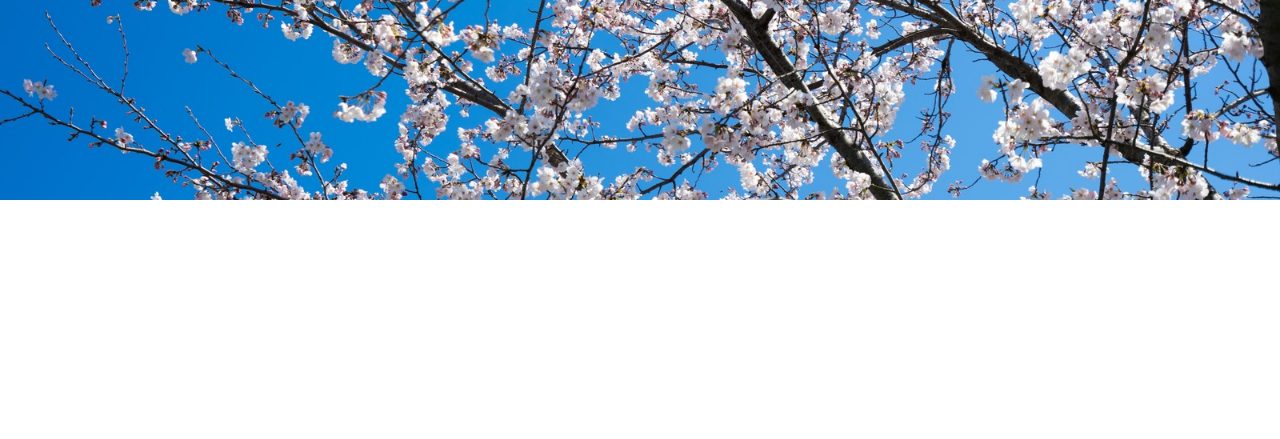
Repository: matuyama/dmm-webcamp
Page: chapter6/index6.html
The author's editor kept a record of every edit. The page is drawn from the files as they stood at one moment, then again after the next edit.
The browser window is 1280 px wide. The pictures show the whole page.

Above is the page before.

### chapter6/index6.html
<!DOCTYPE html>
<html lang="ja">
  <head>
    <meta charset="UTF-8"/>
    <title>6章演習</title>
    <link rel="stylesheet" href="style6.css"/>
  </head>

  <body>
    <div class="box1"></div>

    <div slass="box2"></div>

    <div slass="box3"></div>

    <div slass="box4"></div>


  </body>

</html>

### chapter6/style6.css
*{
  margin: 0;
  padding: 0;
  box-sizing: border-box;
}

.box1{
  height: 200px;
  background-image: url(img/box1.jpg);
  background-size: cover;
  background-position: center;
}

.box2{
  height: 200px;
  background-image: url(img/box2.jpg);
  background-size: cover;
  background-position: center;
}

.box3{
  height: 200px;
  background-image: url(img/box3.jpg);
  background-size: cover;
  background-position: center;
}

After the next edit:
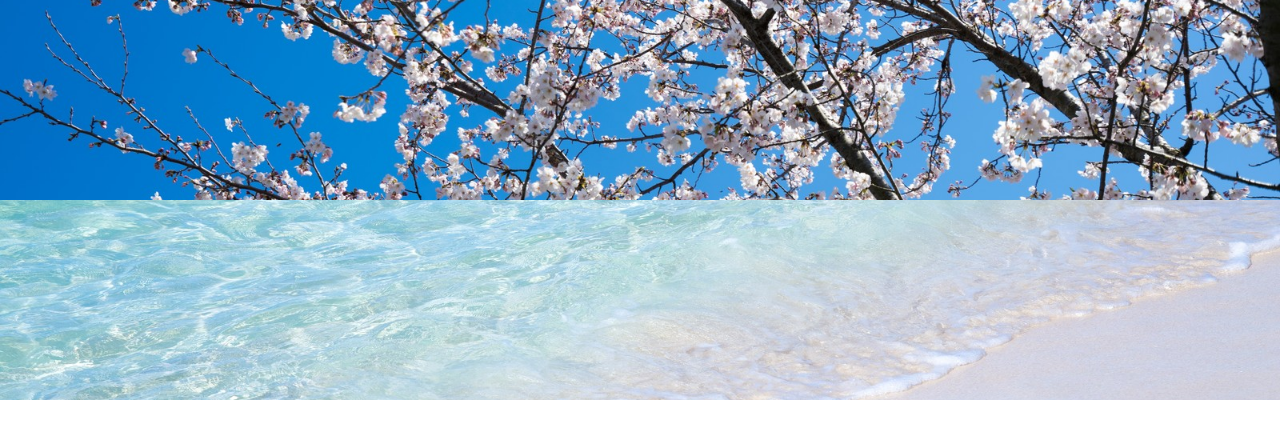
The edit:
--- a/chapter6/index6.html
+++ b/chapter6/index6.html
@@ -9,7 +9,7 @@
   <body>
     <div class="box1"></div>
 
-    <div slass="box2"></div>
+    <div class="box2"></div>
 
     <div slass="box3"></div>
 
